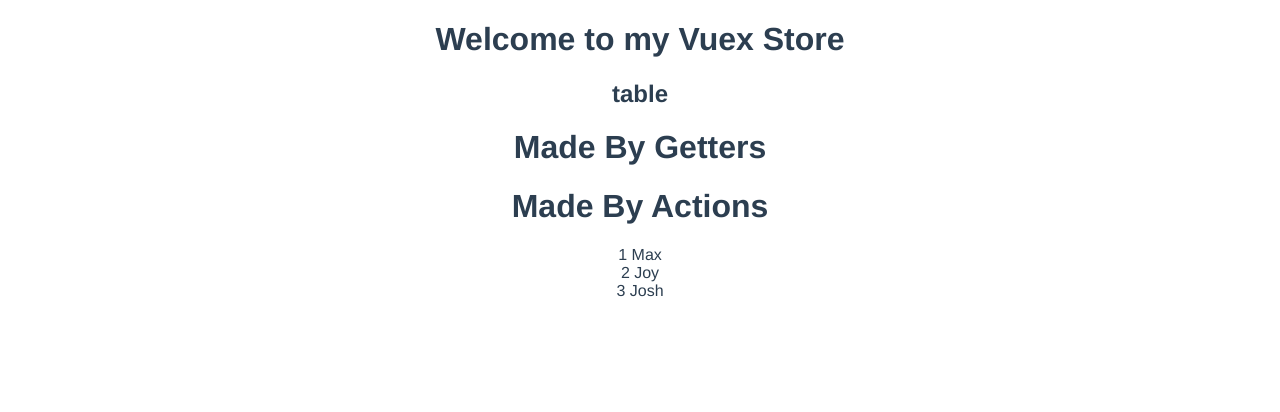
Repository: HaoMiffy/Vue3-compositionAPI-vuex-axios
Page: /
The author's editor kept a copy of each file at every save. The page is drawn from the files as they stood at one save, then again after a run of saves.
The browser window is 1280 px wide. The pictures show the whole page.
The project was rebuilt for these pictures with package versions that can differ from the ones it lists, and the page was loaded fresh each time. Also part of the build but not shown: vue.config.js, src/components/HelloWorld.vue, src/views/HomeView.vue.

Above is the page before, as saved 2022-12-13 15:57:29.

### src/main.js
import { createApp } from 'vue'
import App from './App.vue'
import router from './router'
import store from './store'
import axios from 'axios'
import VueAxios from 'vue-axios'



createApp(App).use(VueAxios, axios).use(store).use(router).mount('#app')

### src/App.vue
<template>
  <div class="hello">
    <h1>{{ msg }}</h1>
    <h2>{{users.title}}</h2>
    <h1>Made By Getters</h1>
    <div v-for="user in getUsers" :key="user.id">
      {{ user.id }} {{ user.name }}
    </div>
    <h1>Made By Actions</h1>
    <div v-for="user in users.users" :key="user.id">
      {{ user.id }} {{ user.name }}
    </div>
  </div>
</template>

<script setup>
import { ref, onMounted, computed } from "vue";
import { useStore } from "vuex";
const store = useStore();
const msg = ref("Welcome to my Vuex Store");
const getUsers = computed(() => {
  return store.getters.getUsers;
});
const users = computed(() => {
  return store.state.users;
});
onMounted(() => {
  store.dispatch("fetchUsers");
});
</script>





<style>
#app {
  font-family: Avenir, Helvetica, Arial, sans-serif;
  -webkit-font-smoothing: antialiased;
  -moz-osx-font-smoothing: grayscale;
  text-align: center;
  color: #2c3e50;
}

nav {
  padding: 30px;
}

nav a {
  font-weight: bold;
  color: #2c3e50;
}

nav a.router-link-exact-active {
  color: #42b983;
}
</style>

### src/store/index.js
import { createStore } from 'vuex'
import axios from 'axios'



export default createStore({
  state: {
    users:[]
  },
  getters: {
    getUsers: (state) => state.users,
  },
  actions: {
    async fetchUsers({ commit }) {
      try {
        const data = await axios.get(
          "/data.json"
        );
        commit("SET_USERS", data.data);
      } catch (error) {
        alert(error);
        console.log(error);
      }
    },
  },
  //to handle mutations
  mutations: {
    SET_USERS(state, users) {
      state.users = users;
    },
  },
  modules: {
  }
})

### public/data.json
{
    "title":"table",
    "users":[
        {
            "id":1,
            "name":"Max"
        },
        {
            "id":2,
            "name":"Joy"
        },
        {
            "id":3,
            "name":"Josh"
        }
    ],
    "posts":[
        {
            "title":1
        },
        {
            "title":2
        },
        {
            "title":3
        }
    ]
}

Loaded but not shown: public/index.html (common file); src/router/index.js (common file)

After the next 2 saves:
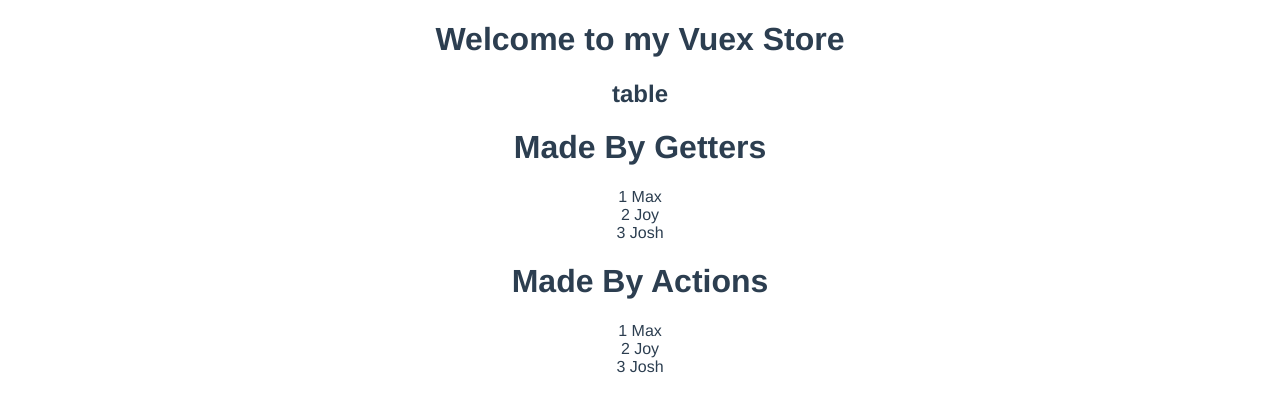
The 2 saves are shown as one change because they came seconds apart.
The last was saved 7 s later.
--- a/src/App.vue
+++ b/src/App.vue
@@ -3,7 +3,7 @@
     <h1>{{ msg }}</h1>
     <h2>{{users.title}}</h2>
     <h1>Made By Getters</h1>
-    <div v-for="user in getUsers" :key="user.id">
+    <div v-for="user in getUsers.users" :key="user.id">
       {{ user.id }} {{ user.name }}
     </div>
     <h1>Made By Actions</h1>
